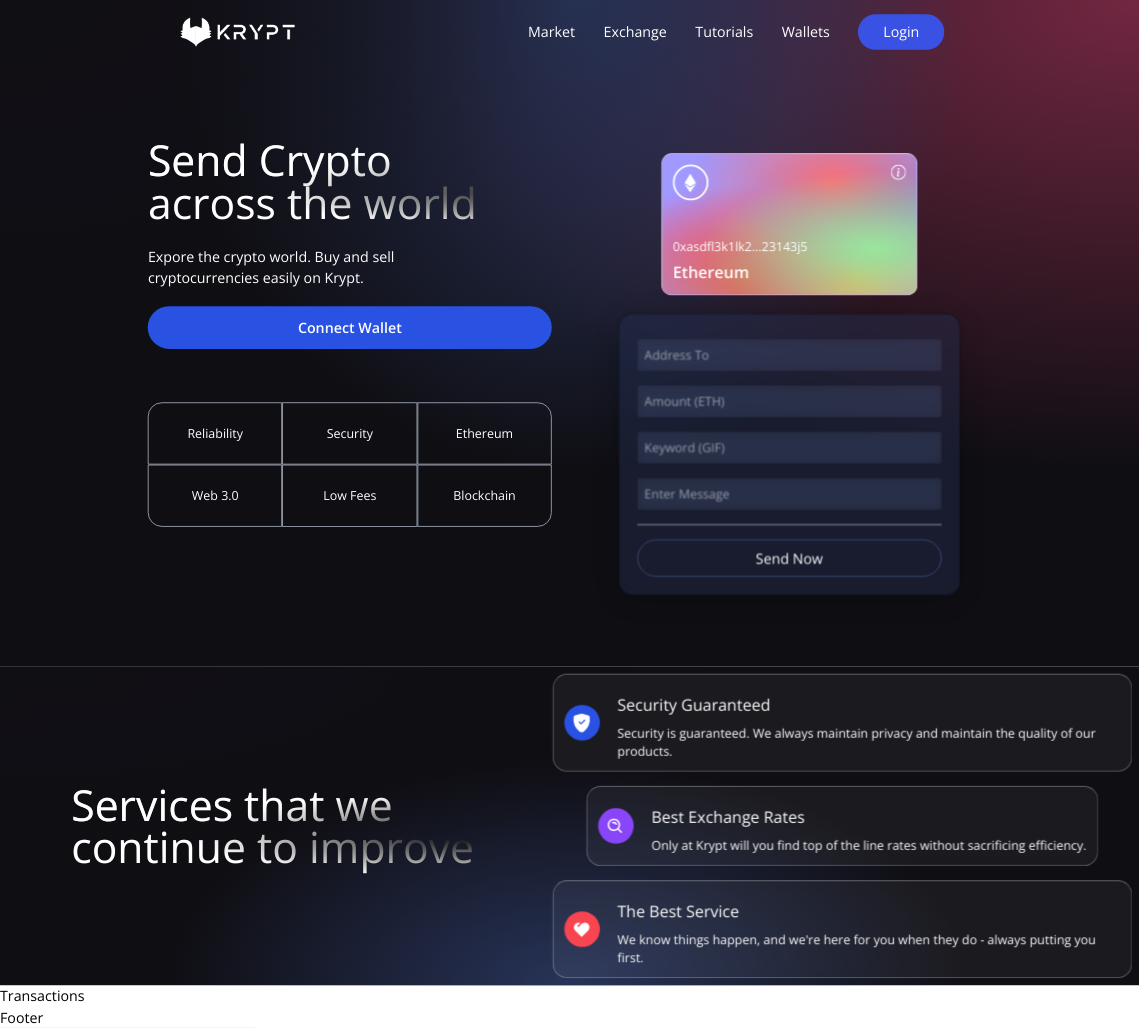
Repository: stephan-chiorean/krypt
Page: / (app in client/)
An editor plug-in stored every save of this project. The page is shown before and after the next save, followed by the edit.
The browser window is 1280 px wide. The pictures show the whole page, at 89% of full size.
The project was rebuilt for these pictures with package versions that can differ from the ones it lists, and the page was loaded fresh each time. Also part of the build but not shown: client/vite.config.js, client/src/components/Loader.jsx.

Above is the page before, as saved 2023-03-29 19:23:59.

### client/src/main.jsx
import React from 'react'
import ReactDOM from 'react-dom/client'
import App from './App'
import {TransactionProvider} from './context/TransactionContext';
import './index.css'

ReactDOM.createRoot(document.getElementById('root')).render(
  <TransactionProvider>
  <React.StrictMode>
    <App />
  </React.StrictMode>
  </TransactionProvider>,
)

### client/src/App.jsx
import {Navbar, Welcome, Footer, Services, Transactions} from './components';

const App = () => {

  return (
    <div className="min-h-screen">
      <div className="gradient-bg-welcome">
        <Navbar/>
        <Welcome/>
      </div>
      <Services/>
      <Transactions/>
      <Footer/>
    </div>
  )
}

export default App

### client/src/context/TransactionContext.jsx
import React, { useState, useEffect } from 'react';
import * as ethers from 'ethers';
import { contractABI, contractAddress } from '../utils/constants';

export const TransactionContext = React.createContext();

const { ethereum } = window;

const getEthereumContract = () => {
    console.log(ethers)
  const provider = new ethers.providers.Web3Provider(ethereum);
  const signer = provider.getSigner();
  const transactionContract = new ethers.Contract(
    contractAddress,
    contractABI,
    signer
  );

  return transactionContract;

//   console.log({
//     provider,
//     signer,
//     transactionContract,
//   });
};

export const TransactionProvider = ({ children }) => {
  const [connectedAccount, setConnectedAccount] = useState('');
  const [formData, setFormData] = useState({ addressTo: '', amount: 0, keyword: '', message: ''});
  const [isLoading, setIsLoading] = useState(false);
  const [transactionCount, setTransactionCount] = useState(localStorage.getItem('transactionCount'));

  const handleChange = (e, name) => {
    setFormData((prevState) => ({...prevState, [name]: e.target.value}));
  }

  const checkIfWalletIsConnected = async () => {
    try {
      if (!ethereum) return alert('Please install metamask');

      const accounts = await ethereum.request({ method: 'eth_accounts' });
      if (accounts.length) {
        setConnectedAccount(accounts[0]);
      } else {
        console.log('No accounts found');
      }
      console.log(accounts);
    } catch (err) {
      console.error(err);
      throw new Error('No ethereum object');
    }
  };

  const connectWallet = async () => {
    try {
      if (!ethereum) return alert('Please install metamask');

      const accounts = await ethereum.request({
        method: 'eth_requestAccounts',
      });

      setConnectedAccount(accounts[0]);
      console.log('CONNECTED', connectedAccount);
    } catch (err) {
      console.error(err);
      throw new Error('No ethereum object.');
    }
  };

  const sendTransaction = async() => {
    try {
        if(!ethereum) return alert("Please install metamask");
        const {addressTo, amount, keyword, message} = formData;
        const transactionContract = getEthereumContract();
        const parsedAmount = ethers.utils.parseEther(amount);

        await ethereum.request({
            method: 'eth_sendTransaction',
            params: [{
                from: connectedAccount,
                to: addressTo,
                gas: '0x5208', //21000 gwei
                value: parsedAmount._hex,
            }]
        })

        const transactionHash = await transactionContract.addToBlockchain(addressTo, parsedAmount, message, keyword);
        setIsLoading(true);
        console.log(`Loading - ${transactionHash.hash}`);
        await transactionHash.wait();
        setIsLoading(false);
        console.log(`Success - ${transactionHash.hash}`)

        const transactionCount = await transactionContract.getTransactionCount();
        setTransactionCount(transactionCount.toNumber())


    } catch(err) {
        console.error(err);
    }
  }

  useEffect(() => {
    checkIfWalletIsConnected();
  }, []);
  return (
    <TransactionContext.Provider value={{ connectWallet, connectedAccount, formData, setFormData, handleChange, sendTransaction }}>
      {children}
    </TransactionContext.Provider>
  );
};

### client/src/components/index.js
export {default as Loader} from './Loader';
export {default as Navbar} from './Navbar';
export {default as Footer} from './Footer';
export {default as Welcome} from './Welcome';
export {default as Transactions} from './Transactions';
export {default as Services} from './Services';

### client/src/utils/constants.js
import abi from './Transactions.json';

export const contractABI = abi.abi;
export const contractAddress = '0x48d319b761e733246BF575C86d399bB8EDdA6dEf';

### client/src/components/Navbar.jsx
import { HiMenuAlt4 } from 'react-icons/hi';
import { AiOutlineClose } from 'react-icons/ai';
import { useState } from 'react';

import logo from '../../images/logo.png';

const NavbarItem = ({ title, classProps }) => {
  return <li className={`mx-4 cursor-pointer ${classProps}`}>{title}</li>;
};
export default () => {
  const [toggleMenu, setToggleMenu] = useState(false);
  return (
    <nav className='w-full flex md:justify-center justify-between items-center p-4'>
      <div className='md:flex-[0.5] flex-initial justify-center items-center'>
        <img src={logo} alt='logo' className='w-32 cursor-pointer' />
      </div>
      <ul className='text-white md:flex hidden list-none flex-row justify-between items-center flex-initial'>
        {['Market', 'Exchange', 'Tutorials', 'Wallets'].map((item, index) => (
          <NavbarItem key={item + index} title={item} />
        ))}
        <li className='bg-[#3952e3] py-2 px-7 mx-4 rounded-full cursor-pointer hover:bg-[#2546bd]'>
          Login
        </li>
      </ul>
      <div className='flex relative'>
        {toggleMenu ? (
          <AiOutlineClose
            fontSize={28}
            className='text-white md:hidden cursor-pointer'
            onClick={() => setToggleMenu(false)}
          />
        ) : (
          <HiMenuAlt4
            fontSize={28}
            className='text-white md:hidden cursor-pointer'
            onClick={() => setToggleMenu(true)}
          />
        )}
        {toggleMenu && (
          <ul className="z-10 fixed top-0 -right-2 p-3 w-[70vw] h-screen shadow-2xl md:hidden list-none flex flex-col justify-start items-end rounded-md blue-glassmorphism text-white animate-slide-in">
            <li className='text-xl w-full my-2'>
              <AiOutlineClose onClick={() => setToggleMenu(false)} className="cursor-pointer"/>
            </li>
            {['Market', 'Exchange', 'Tutorials', 'Wallets'].map(
              (item, index) => (
                <NavbarItem key={item + index} title={item} classProps="my-2 text-lg"/>
              )
            )}
          </ul>
        )}
      </div>
    </nav>
  );
};

### client/src/components/Footer.jsx
import React from 'react'

export default() => {
  return (
    <div>Footer</div>
  )
}

### client/src/components/Welcome.jsx
import { AiFillPlayCircle } from 'react-icons/ai';
import { SiEthereum } from 'react-icons/si';
import { BsInfoCircle } from 'react-icons/bs';
import { TransactionContext } from '../context/TransactionContext';
import React, { useContext } from 'react';
import { Loader } from './';
const commonStyles =
  'min-h-[70px] sm:px-0 px-2 sm:min-w-[120px] flex justify-center items-center border-[0.5px] border-gray-400 text-sm font-light text-white';

const Input = ({ placeholder, name, type, value, handleChange }) => (
  <input
    placeholder={placeholder}
    type={type}
    step='0.0001'
    value={value}
    onChange={(e) => handleChange(e, name)}
    className='my-2 w-full rounded-sm p-2 outline-none text-white border-none text-sm white-glassmorphism'
  />
);
export default () => {
  const {
    connectWallet,
    connectedAccount,
    formData,
    sendTransaction,
    handleChange,
  } = useContext(TransactionContext);
  const handleSubmit = (e) => {
    const { addressTo, amount, keyword, message } = formData;
    e.preventDefault();

    if (!addressTo || !amount || !keyword || !message) return;
    sendTransaction();
  };
  return (
    <div className='flex w-full justify-center items-center'>
      <div className='flex md:flex-row flex-col itesm-start justify-between md:p-20 py-12 px-4'>
        <div className='flex flex-1 justify-start flex-col md:mr-10'>
          <h1 className='text-3xl sm:text-5xl text-white text-gradient py-1'>
            Send Crypto <br /> across the world
          </h1>
          <p className='text-left mt-5 text-white font-light md:w-9/12 w-11/12 text-base'>
            Expore the crypto world. Buy and sell cryptocurrencies easily on
            Krypt.
          </p>
          {!connectedAccount && (
            <button
              type='button'
              onClick={connectWallet}
              className='flex flex-row justify-center items-center my-5 bg-[#2952e3] p-3 rounded-full cursor-pointer hover:bg-[#2546bd]'
            >
              <p className='text-white text-base font-semibold'>
                Connect Wallet
              </p>
            </button>
          )}

          <div className='grid sm:grid-cols-3 grid-cols-2 w-full mt-10'>
            <div className={`rounded-tl-2xl ${commonStyles}`}>Reliability</div>
            <div className={commonStyles}>Security</div>
            <div className={`sm:rounded-tr-2xl ${commonStyles}`}>Ethereum</div>
            <div className={`sm:rounded-bl-2xl ${commonStyles}`}>Web 3.0</div>
            <div className={commonStyles}>Low Fees</div>
            <div className={`rounded-br-2xl ${commonStyles}`}>Blockchain</div>
          </div>
        </div>

        <div className='flex flex-col flex-1 items-center justify-start w-full md:mt-0 mt-10'>
          <div className='p-3 justify-end items-start flex-col rounded-xl h-40 sm:w-72 w-full my-5 eth-card white-glassmorphism'>
            <div className='flex justify-between flex-col w-full h-full'>
              <div className='flex justify-between items-start'>
                <div className='w-10 h-10 rounded-full border-2 border-white flex justify-center items-center'>
                  <SiEthereum fontSize={21} color='#fff' />
                </div>
                <BsInfoCircle fontSize={17} color='#fff' />
              </div>
              <div>
                <p className='text-white font-light text-sm'>
                  0xasdfl3k1lk2...23143j5
                </p>
                <p className='text-white font-semibold text-lg mt-1'>
                  Ethereum
                </p>
              </div>
            </div>
          </div>

          <div className='p-5 sm:w-96 w-full flex flex-col justify-start items-center blue-glassmorphism'>
            <Input
              placeholder='Address To'
              name='addressTo'
              type='text'
              handleChange={handleChange}
            />
            <Input
              placeholder='Amount (ETH)'
              name='amount'
              type='number'
              handleChange={handleChange}
            />
            <Input
              placeholder='Keyword (GIF)'
              name='keyword'
              type='text'
              handleChange={handleChange}
            />
            <Input
              placeholder='Enter Message'
              name='message'
              type='text'
              handleChange={handleChange}
            />
            <div className='h-[1px] w-full bg-gray-400 my-2' />
            {false ? (
              <Loader />
            ) : (
              <button
                type='submit'
                onClick={handleSubmit}
                className='text-white w-full mt-2 border-[1px] p-2 border-[#3d4f7c] rounded-full cursor-pointer'
              >
                Send Now
              </button>
            )}
          </div>
        </div>
      </div>
    </div>
  );
};

### client/src/components/Transactions.jsx
import React from 'react'

export default() => {
  return (
    <div>Transactions</div>
  )
}

### client/src/components/Services.jsx
import React from 'react';
import { BsShieldFillCheck } from 'react-icons/bs';
import { BiSearchAlt } from 'react-icons/bi';
import { RiHeart2Fill } from 'react-icons/ri';

const ServiceCard = ({color, title, icon, subtitle}) => (
  <div className='flex flex-row justify-start items-center white-glassmorphism p-3 m-2 cursor-pointer hover:shadow-xl'>
    <div className={`w-10 h-10 rounded-full flex justify-center items-center ${color}`}>
      {icon}
    </div>
    <div className="ml-5 flex flex-col flex-1">
      <h1 className="mt-2 text-white text-lg">{title}</h1>
      <p className="mt-2 text-white text-sm">{subtitle}</p>
    </div>
  </div>
);
export default () => {
  return (
    <div className='flex w-full justify-center items-center gradient-bg-services'>
      <div className='flex md:flex-row flex-col items-center justify-between md:p-20 py-12 px-4'>
        <div className='flex-1 flex flex-col justify-start items-start'>
          <h1 className='text-white text-3xl sm:text-5xl py-2 text-gradient'>
            Services that we
            <br />
            continue to improve
          </h1>
        </div>
      </div>
      <div className='flex-1 flex flex-col justify-start items-center'>
        <ServiceCard
          color='bg-[#2952e3]'
          title='Security Guaranteed'
          icon={<BsShieldFillCheck fontSize={21} className='text-white' />}
          subtitle="Security is guaranteed. We always maintain privacy and maintain the quality of our products."
        />
        <ServiceCard
          color='bg-[#8945f8]'
          title='Best Exchange Rates'
          icon={<BiSearchAlt fontSize={21} className='text-white' />}
          subtitle="Only at Krypt will you find top of the line rates without sacrificing efficiency."
        />
        <ServiceCard
          color='bg-[#f84550]'
          title='The Best Service'
          icon={<RiHeart2Fill fontSize={21} className='text-white' />}
          subtitle="We know things happen, and we're here for you when they do - always putting you first."
        />
      </div>
    </div>
  );
};

Loaded but not shown: client/index.html (common file); client/src/index.css (common file); client/tailwind.config.js (common file); client/src/utils/Transactions.json (140 lines, source omitted)

After the next save:
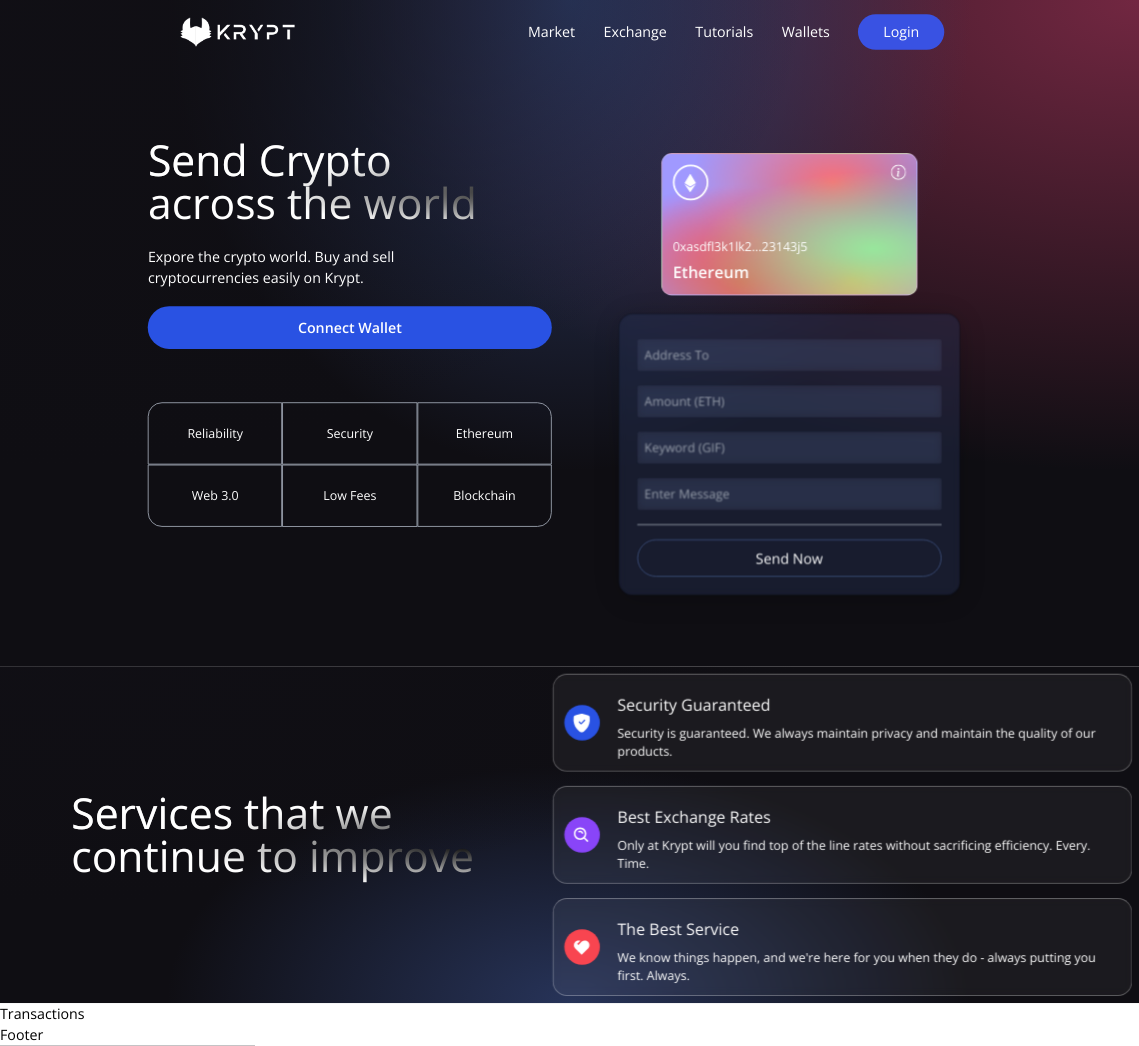
Saved 34 s later.
--- a/client/src/components/Services.jsx
+++ b/client/src/components/Services.jsx
@@ -37,13 +37,13 @@ export default () => {
           color='bg-[#8945f8]'
           title='Best Exchange Rates'
           icon={<BiSearchAlt fontSize={21} className='text-white' />}
-          subtitle="Only at Krypt will you find top of the line rates without sacrificing efficiency."
+          subtitle="Only at Krypt will you find top of the line rates without sacrificing efficiency. Every. Time."
         />
         <ServiceCard
           color='bg-[#f84550]'
           title='The Best Service'
           icon={<RiHeart2Fill fontSize={21} className='text-white' />}
-          subtitle="We know things happen, and we're here for you when they do - always putting you first."
+          subtitle="We know things happen, and we're here for you when they do - always putting you first. Always."
         />
       </div>
     </div>
